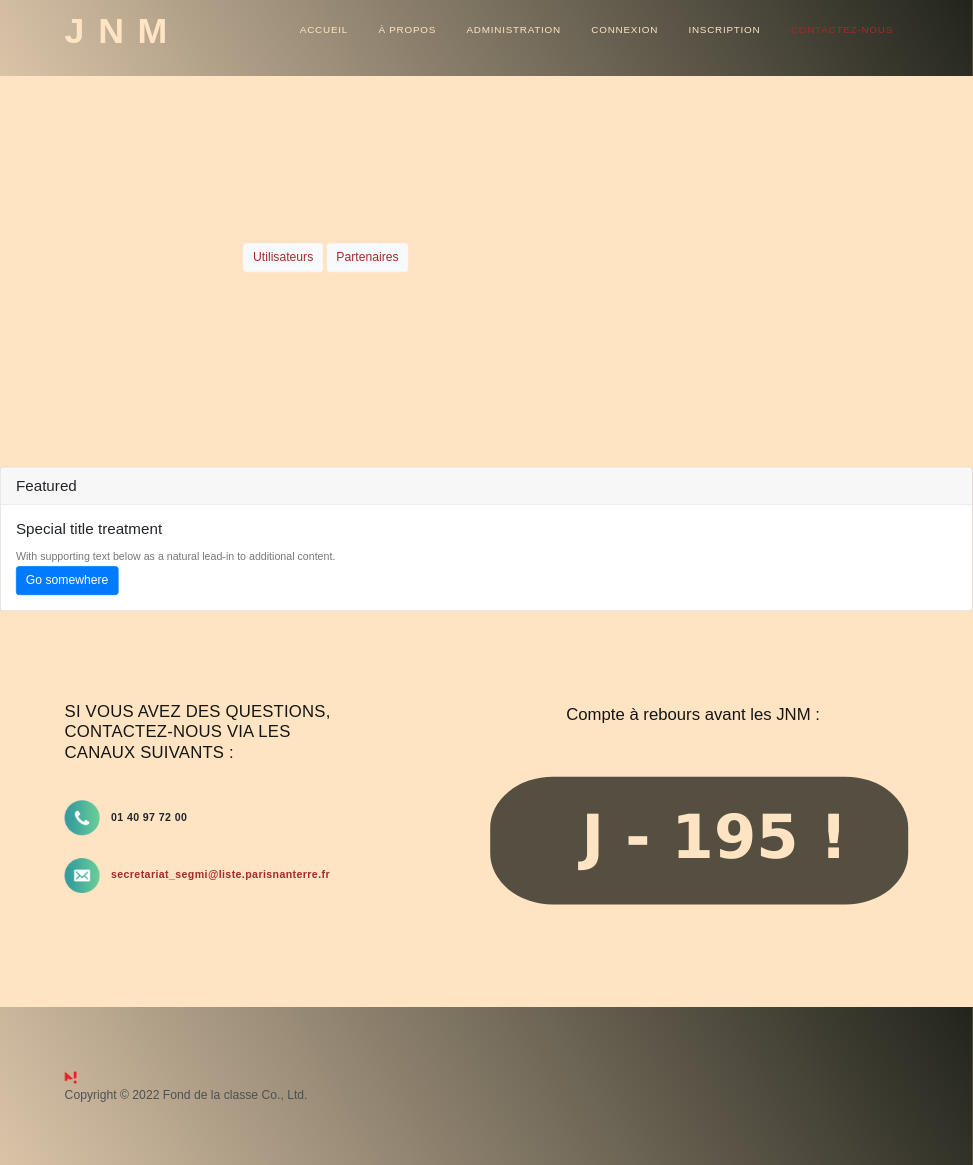
Repository: RiadNadri/ProjetWeb2022
Page: templates/Admin/admin.html.twig
These files come from the project's save history. The page is drawn as it stood at one moment and after the next save; the edit follows.
The browser window is 1280 px wide. The pictures show the whole page, at 76% of full size.
Some web fonts or font styles are not loaded; a fallback is used. The page is a Twig template of a Symfony application; nobody is signed in and links lead nowhere. The template is opened directly, without the code that normally fills it, so the values that code supplies are empty.

Above is the page before, as saved 2022-12-24 17:14:19.

### templates/Admin/admin.html.twig
{% extends 'base.html.twig' %}

{% block title %} Administration {% endblock %}


{% block body %}

<style>
    .buttonUser{
        margin-top: 25%;
        margin-bottom: 20%;
        margin-left: 25%;
    }
    .buttonPartenaire{
        margin-left:35%;
        font-size: xx-large;
    }
</style>

<div class="buttonUser">
    <div class="btn btn-light" >
        <a href="{{path('app_user')}}">Utilisateurs</a>
    </div>
    <div class="btn btn-light" >
        <a  href="{{path('app_partenaire')}}">Partenaires</a>
    </div>
</div>

<div class="card">
  <h5 class="card-header">Featured</h5>
  <div class="card-body">
    <h5 class="card-title">Special title treatment</h5>
    <p class="card-text">With supporting text below as a natural lead-in to additional content.</p>
    <a href="#" class="btn btn-primary">Go somewhere</a>
  </div>
</div>
{% endblock %}

### templates/base.html.twig
<!DOCTYPE html>
<html>
    <head>
        <meta charset="UTF-8">
        <title>{% block title %}{% endblock %} - JNM</title>
        <meta name="viewport" content="width=device-width, initial-scale=1, shrink-to-fit=no">
        <meta name="description" content="">
        <meta name="author" content="">
        <link href="https://fonts.googleapis.com/css?family=Raleway:100,200,300,400,500,600,700,800,900&display=swap" rel="stylesheet">
        <link rel="shortcut icon" type= "image/png" href="{{ asset('img/favicon.png')}}" />

        {# Run `composer require symfony/webpack-encore-bundle` to start using Symfony UX #}

        <link rel="stylesheet" href="{{ asset('assets/css/bootstrap.min.css')}}">
        <link rel="stylesheet" href="{{ asset('assets/css/templatemo-breezed (1).css')}}">

        {% block stylesheets %}{% endblock %}

        {% block javascripts %}{% endblock %}
    </head>
    <body>

        <header class="header-area header-sticky">
        <div class="container">
            <div class="row">
                <div class="col-12">
                    <nav class="main-nav">
                        <!-- ***** Logo Start ***** -->
                        <a href="{{path('app_accueil')}}" class="logo">
                            JNM
                        </a>
                        <!-- ***** Logo End ***** -->
                        <!-- ***** Menu Start ***** -->
                        <ul class="nav">
                            <li class="scroll-to-section"><a href="{{path('app_accueil')}}" >Accueil</a></li>
                            <li class="scroll-to-section"><a href="#about">À propos</a></li>
                            <li class="scroll-to-section"><a href="{{path('app_admin')}}">Administration</a></li>
                            <li class="scroll-to-section"><a href="{{path('app_connexion')}}">Connexion</a></li>
                            {% if app.user %}
                                <li class="scroll-to-section"><a href="#réservation">Réservation</a></li>
                                <li class="scroll-to-section"><a href="{{path('app_profil')}}">Mon profil</a></li>
                                <li class="scroll-to-section"><a href="{{path('app_deconnexion')}}">Deconnexion</a></li>
                            {% else %}
                                <li class="scroll-to-section"><a href="{{path('app_inscription')}}">Inscription</a></li>
                            {% endif %}
                            <li class="scroll-to-section"><a href="#contact-us" class="active">Contactez-Nous</a></li>


                        </ul>

                        <!-- ***** Menu End ***** -->
                    </nav>
                </div>
            </div>
        </div>
    </header>

    {% block body %}
    <section class="section" id="about">
        <div class="container">
            <div class="row">
                <div class="col-lg-6 col-md-6 col-xs-12">
                    <div class="left-text-content">
                        <div class="section-heading">
                            <h6>À propos des Journées Nationales de la MIAGE</h6>
                            <h2>Certains de nos partenaires</h2>
                        </div>
                        <div class="row">
                            <div class="col-md-6 col-sm-6">
                                <div class="service-item">
                                    <a href="https://pepsi.fr/" rel ="nofollow noopener" target="_blank"> <img src="{{ asset('img/Pepsi-Logo-PNG-Pic.png')}}" alt=""> </a>
                                    <h4><a rel="nofollow noopener" href="https://pepsi.fr/" target="_blank">Pepsi</a></h4>
                                </div>
                            </div>
                            <div class="col-md-6 col-sm-6">
                                <div class="service-item">
                                    <a href="https://www.beinsports.com/france/" rel ="nofollow noopener" target="_blank"> <img src="{{ asset('img/Bein_sport_logo.png')}}" alt=""> </a>
                                    <h4><a rel="nofollow noopener" href="https://www.beinsports.com/france/" target="_blank">BeIn Sport</a></h4>
                                </div>
                            </div>
                            <div class="col-md-6 col-sm-6">
                                <div class="service-item">
                                    <a href="https://www.canalplus.com/" rel ="nofollow noopener" target="_blank"> <img src="{{ asset('img/canal-logo-png-transparent.png')}}" alt=""> </a>
                                    <h4><a rel="nofollow noopener" href="https://www.canalplus.com/" target="_blank">Canal +</a></h4>
                                </div>
                            </div>
                            <div class="col-md-6 col-sm-6">
                                <div class="service-item">
                                    <a href="https://www.wwf.fr/" rel ="nofollow noopener" target="_blank"> <img src="{{ asset('img/panda.png')}}" alt=""> </a>
                                    <h4><a rel="nofollow noopener" href="https://www.wwf.fr/" target="_blank">WWF</a></h4>
                                </div>
                            </div>
                            <div class="col-md-12">
                                <a href="#" class="main-button-icon">
                                    En savoir plus
                                </a>
                            </div>
                        </div>
                    </div>
                </div>
                <div class="col-lg-6 col-md-6 col-xs-12">
                    <div class="right-text-content">
                        <p>Les Journées Nationales de la Miage sont organisées par <a rel="nofollow noopener" href="https://www.parisnanterre.fr/" target="_blank">L'Université Paris Nanterre</a> en 2023.
                        <br><br>Du 01/06/2023 au 04/06/2023 venez participer aux Journées Nationales de la MIAGE aux portes de Paris sur le campus de Nanterre. Retrouvez-y toutes les MIAGE de France pour partager un bon moment.
                      <br><br>Prenez part aux différentes activités et profitez-en pour élargir votre réseau miagiste !</p>
                    </div>
                </div>
            </div>
        </div>
    </section>

    <section class="section" id="features">
        <div class="container">
            <div class="row">
                <div class="col-lg-4 col-md-6 col-sm-12 col-xs-12" data-scroll-reveal="enter left move 30px over 0.6s after 0.4s">
                    <div class="features-item">
                        <div class="features-icon">
                            <img src="{{ asset('img/Icone.png')}}" height="30px" width="30px" alt="">
                        </div>
                        <div class="features-content">
                            <h4>Le campus de Nanterre</h4>
                            <p>Situé à proximité du quartier d'affaires da La Défense, le campus de Nanterre s'étend sur 30 hectares.<br> Chaque année, il accueille plus de 40 000 étudiants et met à leur disposition divers types d'infrastructures permettant de pratiquer des activités sportives et culturelles !</p>
                            <a href="https://www.parisnanterre.fr/" target="_blank" class="text-button-icon">
                                En savoir plus
                            </a>
                        </div>
                    </div>
                </div>
                <div class="col-lg-4 col-md-6 col-sm-12 col-xs-12" data-scroll-reveal="enter bottom move 30px over 0.6s after 0.4s">
                    <div class="features-item">
                        <div class="features-icon">
                            <img src="{{ asset('img/miage.png')}}" height="30px" width="30px" alt="">
                        </div>
                        <div class="features-content">
                            <h4>La Miage de Nanterre</h4>
                            <p>Intégrée au sein de l'Unité de Formation et de Recherche
                                <a href="https://ufr-segmi.parisnanterre.fr/" rel="nofollow noopener" target="_blank">
                                SEGMI
                                </a> au bâtiment Allais (G), la MIAGE de Nanterre</p>
                            <a href="https://miage.parisnanterre.fr/" class="text-button-icon">
                                En savoir plus
                            </a>
                        </div>
                    </div>
                </div>
                <div class="col-lg-4 col-md-6 col-sm-12 col-xs-12" data-scroll-reveal="enter right move 30px over 0.6s after 0.4s">
                    <div class="features-item">
                        <div class="features-icon">
                            <img src="{{ asset('img/eiffel.png')}}" height="50px" width="50px"alt="">
                        </div>
                        <div class="features-content">
                            <h4>Le séjour à Paris</h4>
                            <p>Vous pourrez profiter d'ếtre aux portes de Paris pour visiter la capitale. La ligne du RER A vous permettra de rejoindre le centre-ville en moins de 30 minutes.<br> Allez explorer le 1er arrondissement riche en culture, ou manger dans l'un des 18 000 restaurants parisiens !</p>
                            <a href="https://www.parisinfo.com/visiter-a-paris" class="text-button-icon">
                                En savoir plus
                            </a>
                        </div>
                    </div>
                </div>
            </div>
        </div>
    </section>
    {% endblock %}


    <!-- ***** Contact Us Area Starts ***** -->
    <section class="section" id="contact-us">
        <div class="container">
            <div class="row">
                <div class="col-lg-4 col-md-4 col-xs-12">
                    <div class="left-text-content">
                        <div class="section-heading">
                            <h6>Si vous avez des questions, Contactez-nous via les canaux suivants :</h6>
                        </div>
                        <ul class="contact-info">
                            <li><img src="{{ asset('img/contact-info-01.png')}}" alt="">01 40 97 72 00</li>
                            <li><img src="{{ asset('img/contact-info-02.png')}}" alt=""><a href="mailto:secretariat_segmi@liste.parisnanterre.fr">secretariat_segmi@liste.parisnanterre.fr</a></li>
                        </ul>
                    </div>
                </div>

                <div class="col-lg-8 col-md-6 col-xs-12">
                    <div class="section-heading">
                        <h7>Compte à rebours avant les JNM :</h7>
                    </div>
                    <div class="cpt">

                        <label id="Compte"></label>
                            <script type="text/javascript" >
                                var Affiche=document.getElementById("Compte");
                                function Rebour() {
                                 var date1 = new Date();
                                 var date2 = new Date ("Jun 1, 2023 00:00:00");
                                 var sec = (date2 - date1) / 1000;
                                 var n = 24 * 3600;
                                 if (sec > 0) {
                                        j = Math.floor (sec / n);
                                        Affiche.innerHTML = "J - " + j + " !";
                                 }
                                 tRebour=setTimeout ("Rebour();", 1000);
                                }
                             Rebour();
                            </script>

                    </div>
                </div>

            </div>
        </div>
    </section>


    </body>


    <!-- ***** Footer Start ***** -->
    <footer>
        <div class="container">
            <div class="row">
                <div class="col-lg-6 col-xs-12">
                    <div class="left-text-content">
                        <a rel="nofollow noopener" href="https://www.parisnanterre.fr/" target="_blank"><img src="{{ asset('img/Icone.png')}}" alt=""><br>Copyright &copy; 2022 Fond de la classe Co., Ltd. </a>
                    </div>
                </div>

            </div>
        </div>
    </footer>
</html>

Loaded but not shown: public/assets/css/bootstrap.min.css (library); public/assets/css/templatemo-breezed (1).css (908 lines, source omitted)

After the next save:
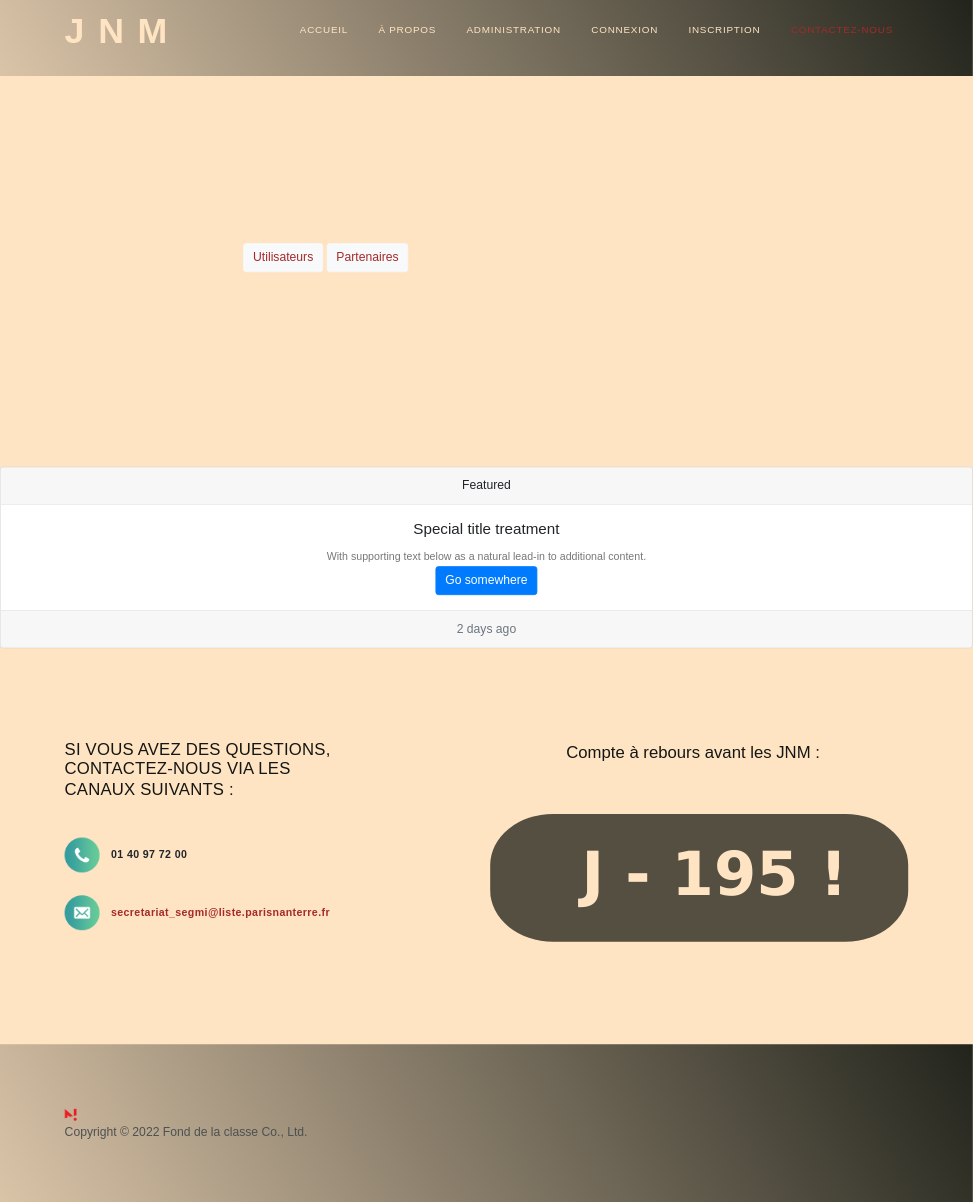
Saved 52 s later.
--- a/templates/Admin/admin.html.twig
+++ b/templates/Admin/admin.html.twig
@@ -26,12 +26,17 @@
     </div>
 </div>
 
-<div class="card">
-  <h5 class="card-header">Featured</h5>
+<div class="card text-center">
+  <div class="card-header">
+    Featured
+  </div>
   <div class="card-body">
     <h5 class="card-title">Special title treatment</h5>
     <p class="card-text">With supporting text below as a natural lead-in to additional content.</p>
     <a href="#" class="btn btn-primary">Go somewhere</a>
   </div>
+  <div class="card-footer text-muted">
+    2 days ago
+  </div>
 </div>
 {% endblock %}
